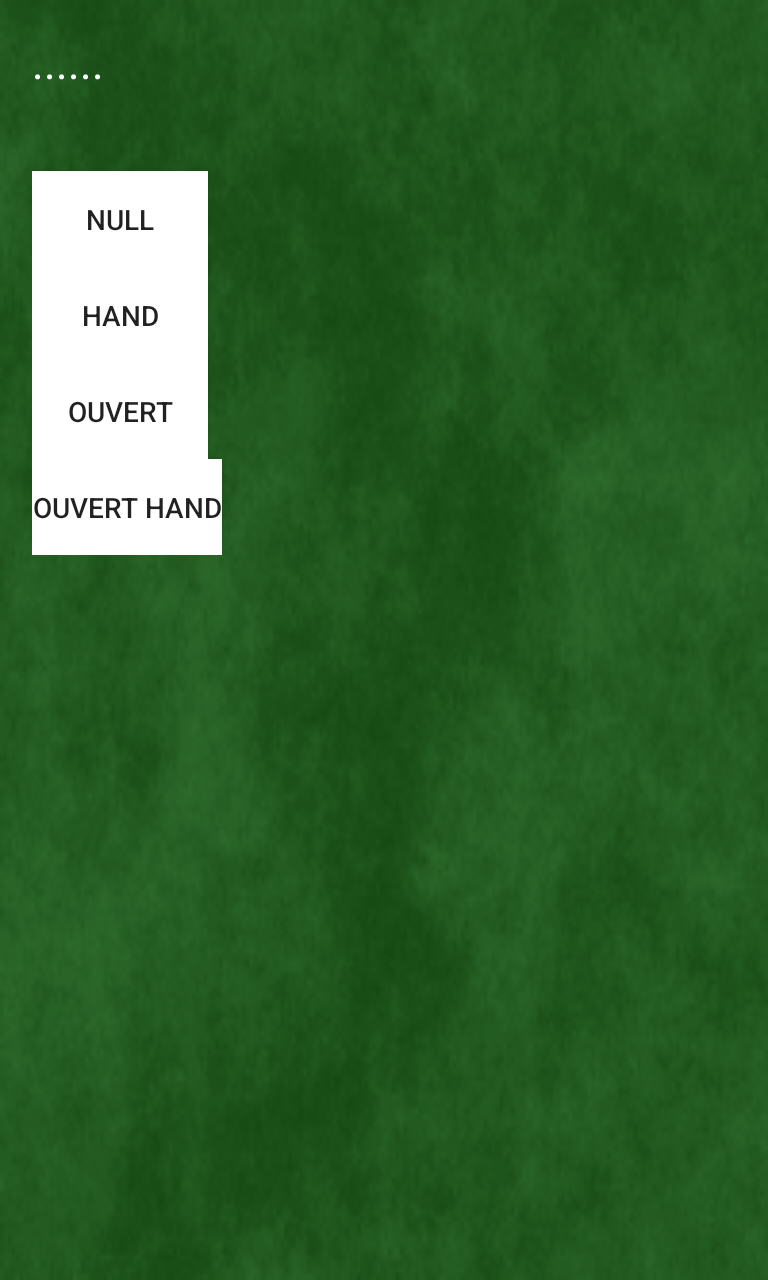
Repository: razinanu/InSy-Skat
Layout: InSy-Skat/res/layout/fragment_null_s.xml
These files come from the project's save history. The layout is drawn as it stood at one moment and after the next save; the edit follows.
It is drawn on a 768 x 1280 px phone screen (xhdpi) without system bars, with theme AppThemeWithoutActionBarTitle; the app's code is not run.

Above is the layout before, as saved 2014-06-21 19:05:47.

After the next save:
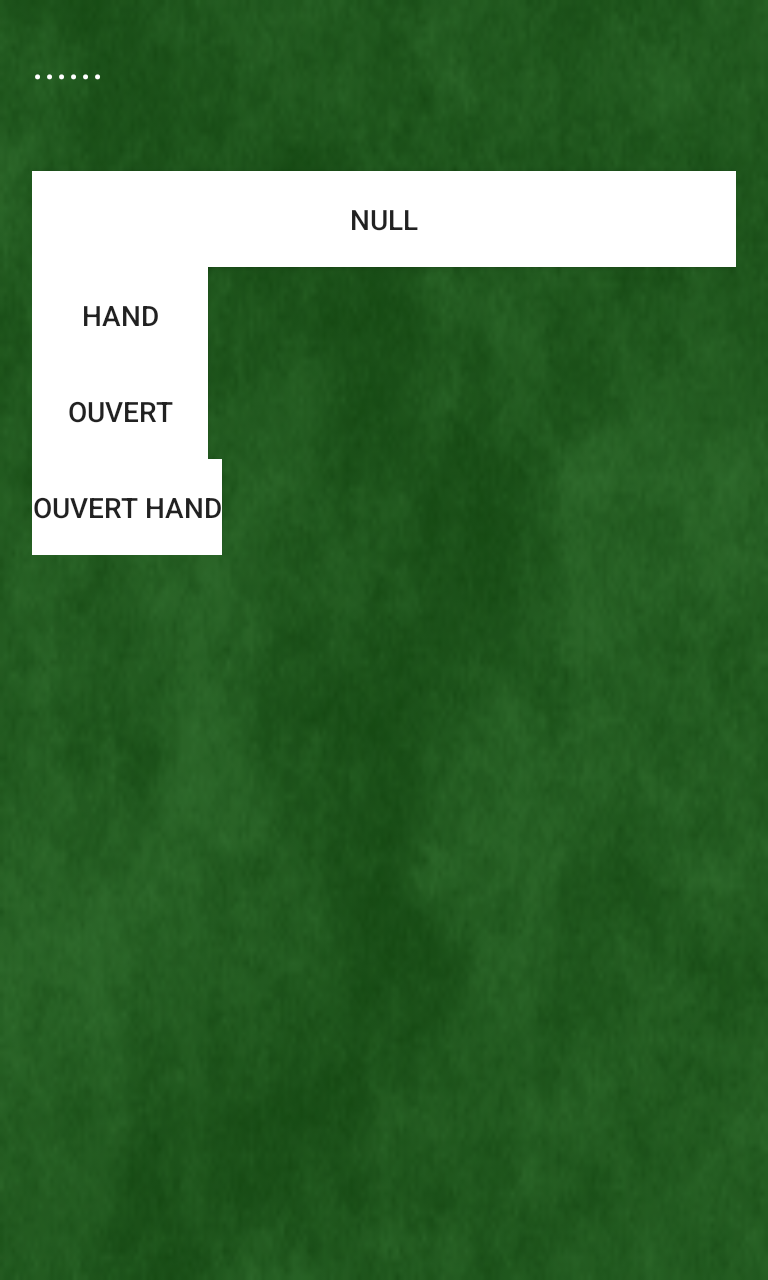
Saved 38 s later.
--- a/InSy-Skat/res/layout/fragment_null_s.xml
+++ b/InSy-Skat/res/layout/fragment_null_s.xml
@@ -25,9 +25,10 @@
 
             <Button
                 android:id="@+id/nullsp"
-                android:layout_width="wrap_content"
+                android:layout_width="match_parent"
                 android:layout_height="wrap_content"
                 android:text="@string/nullString"
+                android:gravity="center"
                 android:layout_marginTop="40dp"
                 android:background="#ffffff" />
 
